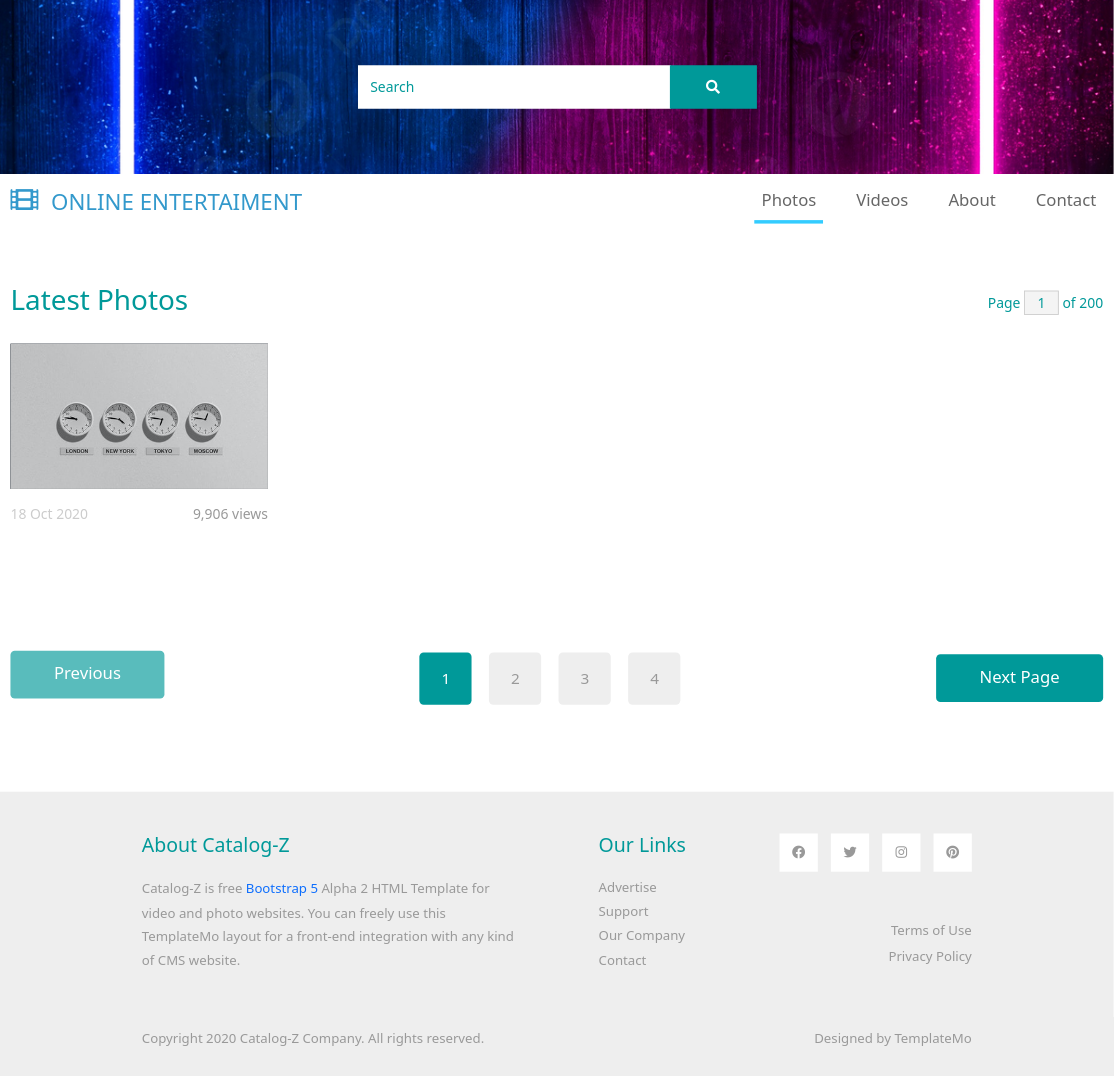
Repository: NguyenGiaHuy1102003/VideoManagementWebsite
Page: http://localhost/AsmJava4/index
The author's editor kept a copy of each file at every save. The page is drawn from the files as they stood at one save, then again after the next save.
The browser window is 1280 px wide. The pictures show the whole page, at 87% of full size.
The page is served by Tomcat 9.

Above is the page before, as saved 2023-07-21 07:07:31.

After the next save:
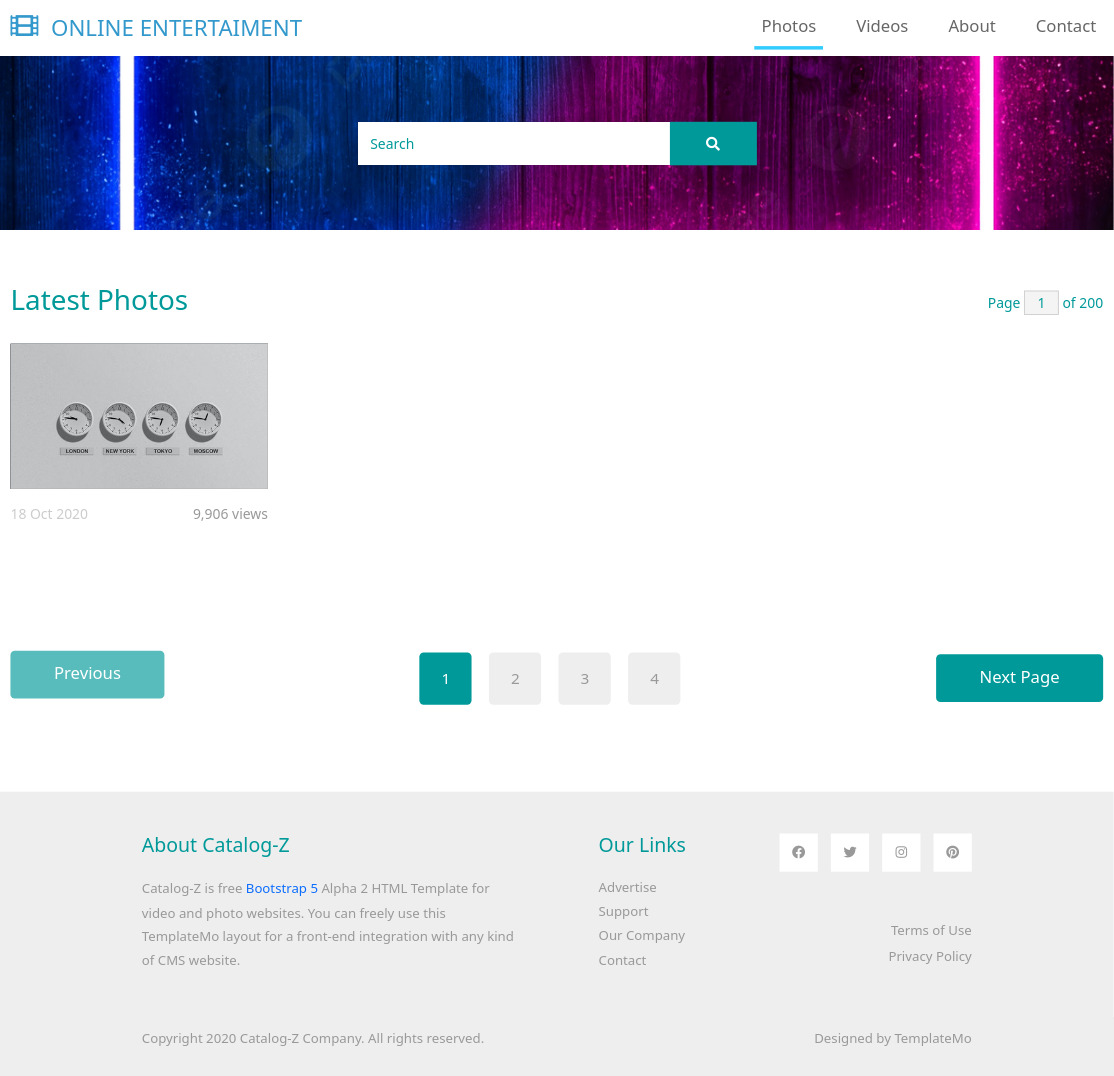
Saved 2 min 39 s later.
--- a/WebsiteSellingFlowers/ASMJava4/AsmJava4/src/main/webapp/common/header.jsp
+++ b/WebsiteSellingFlowers/ASMJava4/AsmJava4/src/main/webapp/common/header.jsp
@@ -8,15 +8,6 @@
 	<div class="loader-section section-right"></div>
 
 </div>
-<div class="tm-hero d-flex justify-content-center align-items-center" data-parallax="scroll" data-image-src="<c:url
-value='templates/user/img/img2003.jpg'/>">
-        <form class="d-flex tm-search-form">
-            <input class="form-control tm-search-input" type="search" placeholder="Search" aria-label="Search">
-            <button class="btn btn-outline-success tm-search-btn" type="submit">
-                <i class="fas fa-search"></i>
-            </button>
-        </form>
-    </div>
 <nav class="navbar navbar-expand-lg">
 	<div class="container-fluid">
 		<a class="navbar-brand" href="#"> <i class="fas fa-film mr-2"></i>
@@ -42,3 +33,12 @@ value='templates/user/img/img2003.jpg'/>">
 		</div>
 	</div>
 </nav>
+<div class="tm-hero d-flex justify-content-center align-items-center" data-parallax="scroll" data-image-src="<c:url
+value='templates/user/img/img2003.jpg'/>">
+        <form class="d-flex tm-search-form">
+            <input class="form-control tm-search-input" type="search" placeholder="Search" aria-label="Search">
+            <button class="btn btn-outline-success tm-search-btn" type="submit">
+                <i class="fas fa-search"></i>
+            </button>
+        </form>
+    </div>
